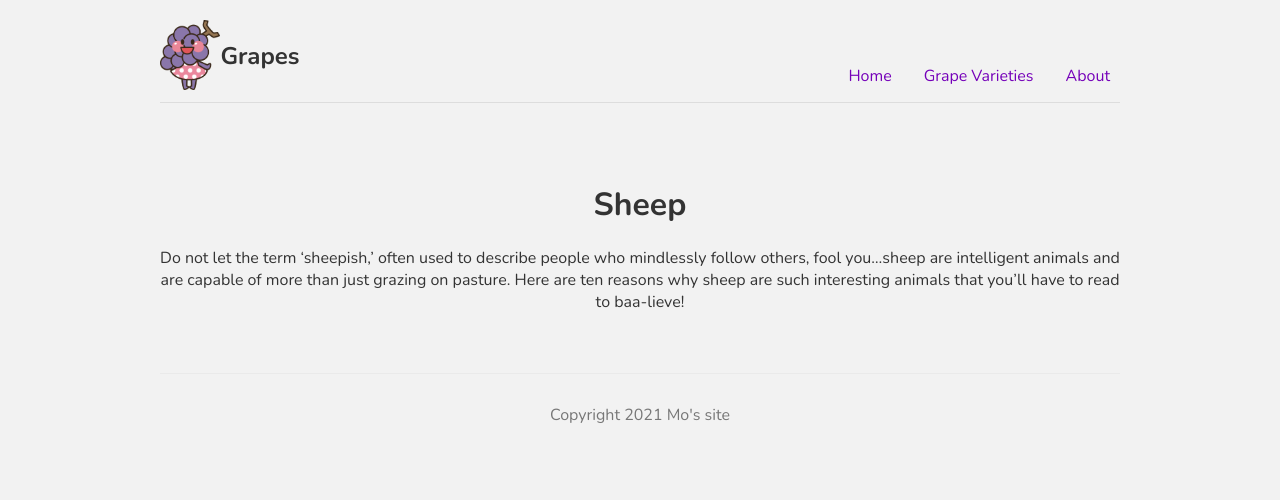
Repository: technogize/next-test-site
Page: /grapes/concord
These files come from the project's save history. The page is drawn as it stood at one moment and after the next save; the edit follows.
The browser window is 1280 px wide. The pictures show the whole page.
The project was rebuilt for these pictures with package versions that can differ from the ones it lists, and the page was loaded fresh each time. The framework's server and built-in components were replaced by stand-ins that run in the browser.

Above is the page before, as saved 2021-10-02 21:27:11.

After the next save:
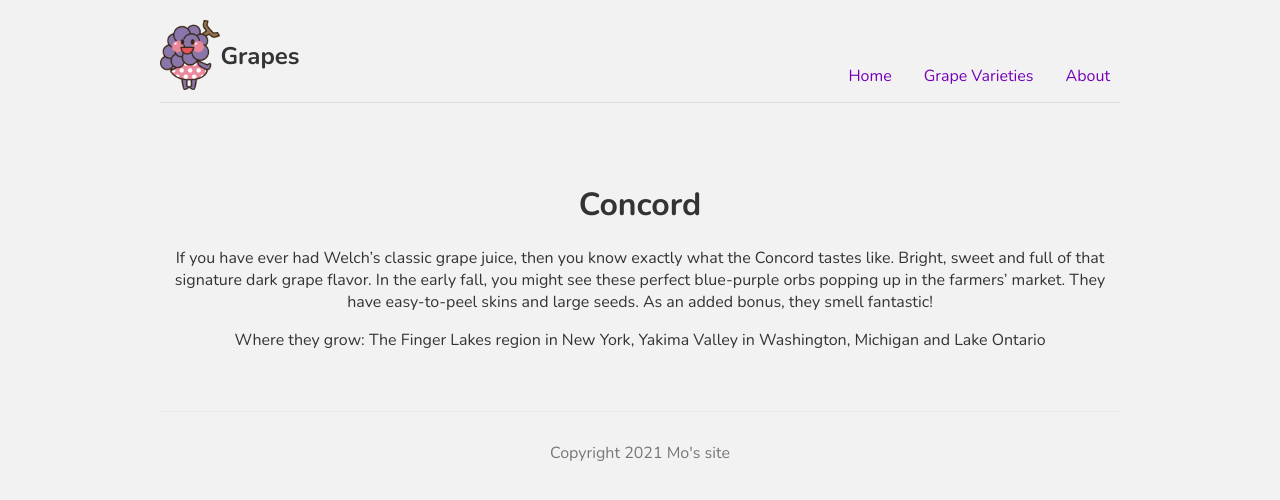
Saved 17 s later.
--- a/pages/grapes/concord.js
+++ b/pages/grapes/concord.js
@@ -3,8 +3,9 @@ import React from 'react'
 const Sheep = () => {
     return (
         <div>
-            <h1>Sheep</h1>
-            <p>Do not let the term ‘sheepish,’ often used to describe people who mindlessly follow others, fool you…sheep are intelligent animals and are capable of more than just grazing on pasture. Here are ten reasons why sheep are such interesting animals that you’ll have to read to baa-lieve!</p>
+            <h1>Concord</h1>
+            <p>If you have ever had Welch’s classic grape juice, then you know exactly what the Concord tastes like. Bright, sweet and full of that signature dark grape flavor. In the early fall, you might see these perfect blue-purple orbs popping up in the farmers’ market. They have easy-to-peel skins and large seeds. As an added bonus, they smell fantastic!</p>
+            <p>Where they grow: The Finger Lakes region in New York, Yakima Valley in Washington, Michigan and Lake Ontario</p>
         </div>
     )
 }
